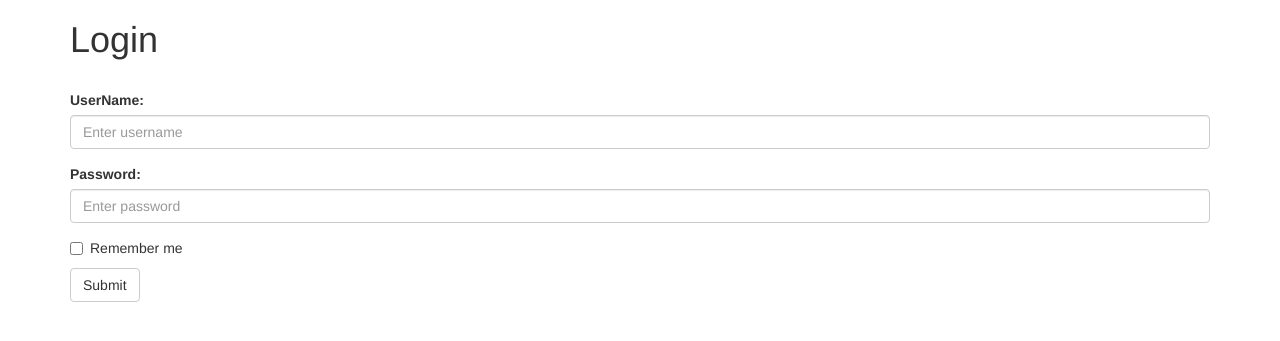
Repository: ahpraveen/springbootdemo
Page: demo/src/main/resources/static/login.html
An editor plug-in stored every save of this project. The page is shown before and after the next save, followed by the edit.
The browser window is 1280 px wide. The pictures show the whole page.
Some web libraries are served in a nearby version.

Above is the page before, as saved 2018-01-22 00:54:02.

### demo/src/main/resources/static/login.html
<!DOCTYPE html>
<html>
<head>
<title>Login to Rewards+</title>
<meta charset="utf-8">
<meta name="viewport" content="width=device-width, initial-scale=1">
<link rel="stylesheet" href="https://maxcdn.bootstrapcdn.com/bootstrap/3.3.7/css/bootstrap.min.css">
<script src="https://ajax.googleapis.com/ajax/libs/jquery/3.2.1/jquery.min.js"></script>
<script src="https://maxcdn.bootstrapcdn.com/bootstrap/3.3.7/js/bootstrap.min.js"></script>
</head>
<body>
<div class="container">
<h1>Login</h1><br>
<form>
	<div class="form-group">
      <label for="userName">UserName:</label>
      <input type="text" class="form-control" id="username" placeholder="Enter username" name="username">
    </div>
    <div class="form-group">
      <label for="pwd">Password:</label>
      <input type="password" class="form-control" id="pwd" placeholder="Enter password" name="pwd">
    </div>
    <div class="checkbox">
      <label><input type="checkbox" name="remember"> Remember me</label>
    </div>
    <button type="submit" class="btn btn-default">Submit</button>
</form>
</div>
</body>
</html>

After the next save:
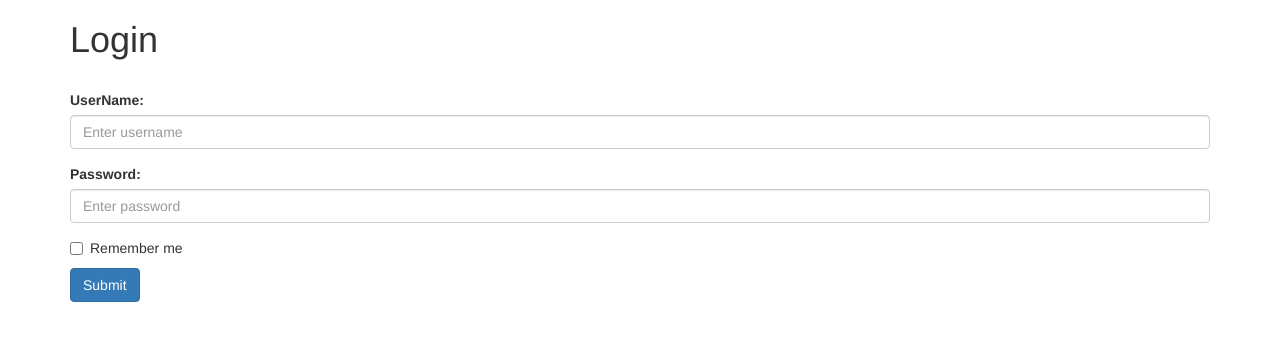
Saved 46 s later.
--- a/demo/src/main/resources/static/login.html
+++ b/demo/src/main/resources/static/login.html
@@ -23,7 +23,7 @@
     <div class="checkbox">
       <label><input type="checkbox" name="remember"> Remember me</label>
     </div>
-    <button type="submit" class="btn btn-default">Submit</button>
+    <button type="submit" class="btn btn-primary">Submit</button>
 </form>
 </div>
 </body>
